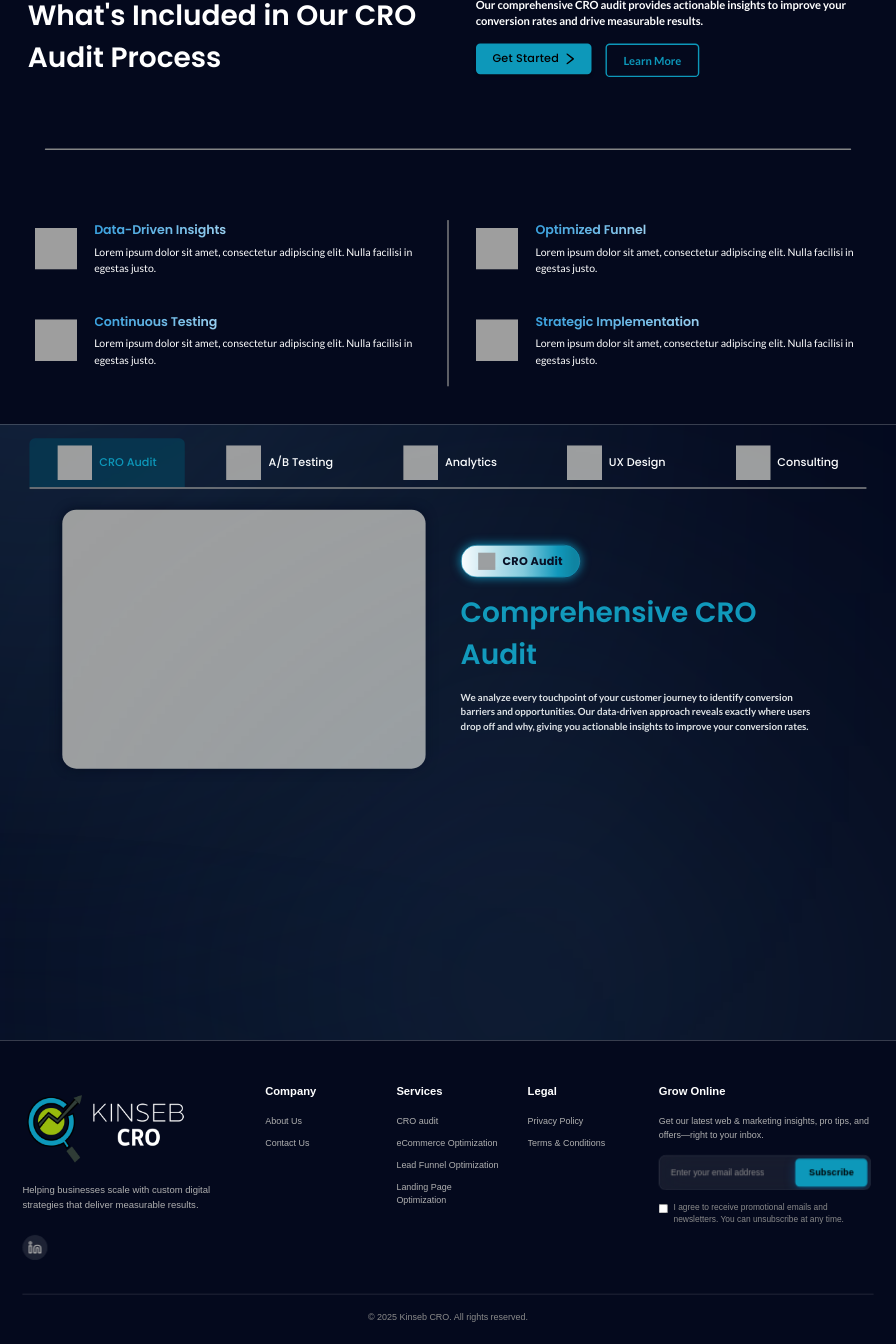
Repository: YahyaK01/kinseb
Page: /services
These files come from the project's save history. The page is drawn as it stood at one moment and after the next save; the edit follows.
The browser window is 1280 px wide. The pictures show the part of the page from y = 1793 to 3713 px (the page is 3713 px tall before and 3707 px after), at 70% of full size.
Pictures or frames that could not be fetched are drawn as grey boxes. The project was rebuilt for these pictures with package versions that can differ from the ones it lists, and the page was loaded fresh each time. Also part of the build but not shown: src/components/FAQ.js, src/components/CTA.jsx, src/components/MetricsSection.jsx, src/components/WhyCROMatter.jsx, src/components/Processsection.jsx, src/components/Hero.jsx, src/components/CEO.jsx, src/components/Testimonia.jsx and 14 more.

Above is the page before, as saved 2025-12-05 18:19:08.

After the next save:
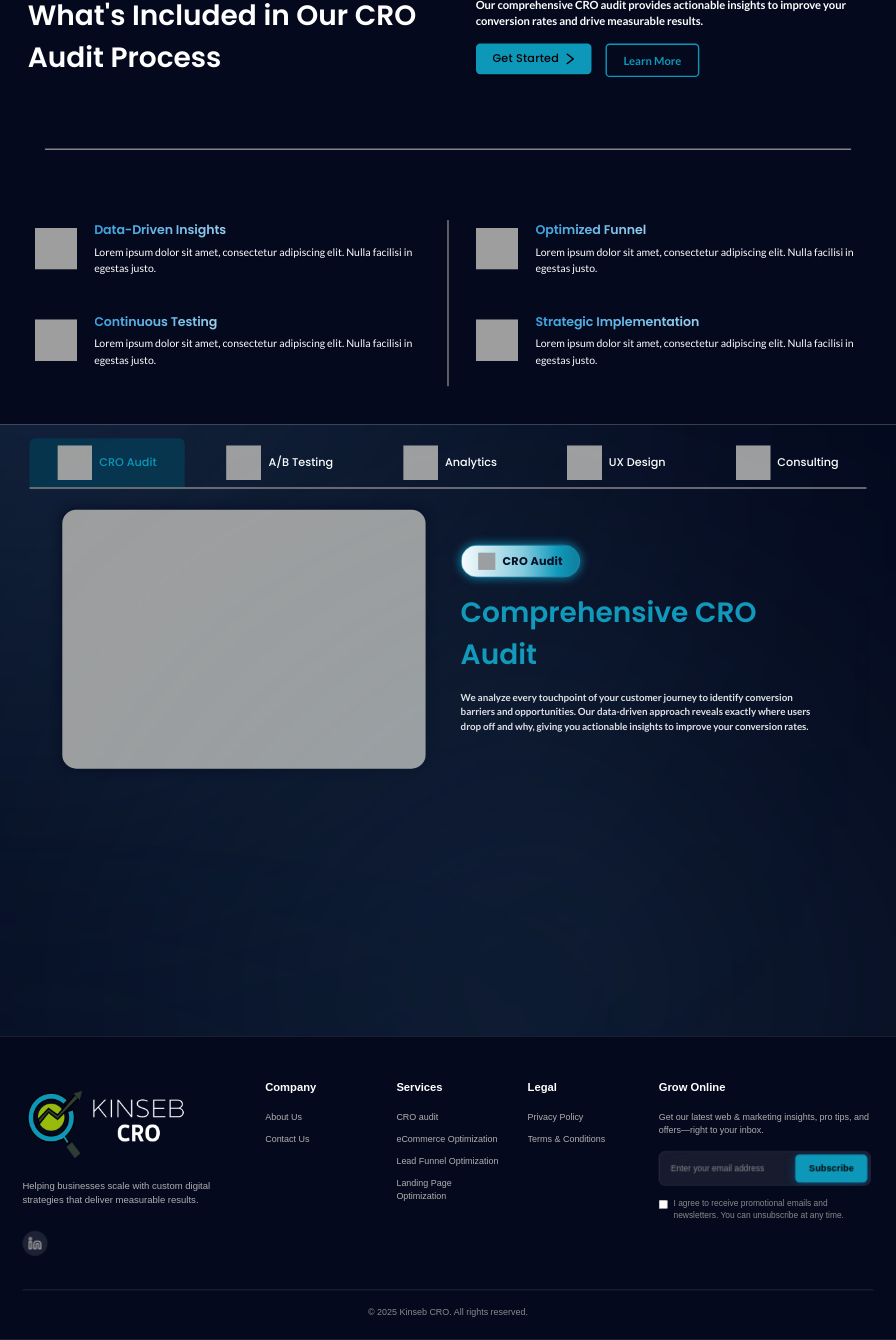
Saved 29 s later.
--- a/src/components/ServiceTabSection.jsx
+++ b/src/components/ServiceTabSection.jsx
@@ -125,13 +125,12 @@
   };
 
   // Header Section Styles
-// Header Section Styles
   const headerContainerStyle = {
     display: 'flex',
     flexDirection: 'column',
     alignItems: 'center',
     padding: '0px',
-    gap: '8px', // Reduced from 15px to 8px
+    gap: '30px',
     width: '100%',
     maxWidth: '1440px',
     zIndex: 5,
@@ -412,7 +411,7 @@
             <h2 style={headingStyle}>How We Improve Your Conversions</h2>
           </div>
           <p style={paragraphStyle}>
-            Each service is designed to solve a specific conversion problem — from finding what's broken to optimizing every step of your customer journey for measurable growth.
+            Comprehensive conversion rate optimization services to help you grow your business
           </p>
         </div>
 
